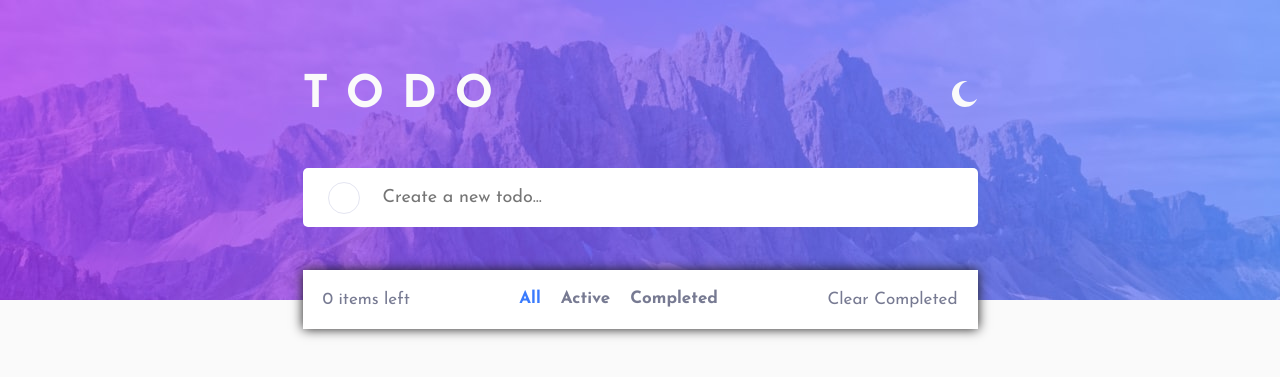
Repository: tomas938/todo-app
Page: /
These files come from the project's save history. The page is drawn as it stood at one moment and after the next save; the edit follows.
The browser window is 1280 px wide. The pictures show the whole page.
The project was rebuilt for these pictures with package versions that can differ from the ones it lists, and the page was loaded fresh each time.

Above is the page before, as saved 2021-08-20 08:36:29.

### src/main.js
import { createApp } from "vue";
import App from "./App.vue";
import router from "./router";

createApp(App)
	.use(router)
	.mount("#app");

### src/App.vue
<template>
	<router-view />
</template>

<style lang="scss">
@import "/src/scss/_variables";
:root {
	.dark {
		--bg-image: url(./assets/bg-desktop-dark.jpg);
		--items-bg-color: hsl(235, 24%, 19%);
		--body-bg: hsl(235, 21%, 11%);
		--todo-text: hsl(236, 33%, 92%);
		--todo-border: hsl(237, 14%, 26%);
	}
	.light {
		--bg-image: url(./assets/bg-desktop-light.jpg);
		--items-bg-color: hsl(0, 0%, 100%);
		--body-bg: hsl(0, 0%, 98%);
		--todo-text: hsl(233, 14%, 35%);
		--todo-border: hsl(236, 33%, 92%);
	}
}

* {
	margin: 0;
	padding: 0;
	box-sizing: border-box;
}
html {
	font-size: 62.5%;
}
body {
	font-size: 1.8rem;
	font-family: $font-primary;
	background-color: var(--body-bg);
}

li {
	list-style: none;
}
</style>

### src/router/index.js
import { createRouter, createWebHashHistory } from "vue-router";
import Home from "../views/Home.vue";

const routes = [
	{
		path: "/",
		name: "Home",
		component: Home,
	},
];

const router = createRouter({
	history: createWebHashHistory(),
	routes,
});

export default router;

### src/scss/_variables.scss
// LINK COLLORS-PRIMARY //

$primary: hsl(220, 98%, 61%);
$primary-bg: linear-gradient(rgb(87, 221, 255), hsl(280, 87%, 65%));

// LINK LIGHT THEME //

$light-gray: hsl(0, 0%, 98%);
$very-light-grayish-blue: hsl(236, 33%, 92%);
$light-grayish-blue: hsl(233, 11%, 84%);
$dark-grayish-blue: hsl(236, 9%, 61%);
$very-dark-grayish-blue: hsl(235, 19%, 35%);

// LINK DARK THEME //

$very-dark-blue: hsl(235, 21%, 11%);
$dark-desaturated-blue: hsl(235, 24%, 19%);
$light-grayish-blue--dark: hsl(234, 39%, 85%);
$light-grayish-blue--dark-hover: hsl(236, 33%, 92%);
$dark-grayish-blue--dark: hsl(234, 11%, 52%);
$very-dark-grayish-blue--dark: hsl(233, 14%, 35%);
$very-dark-grayish-blue--dark-2: hsl(237, 14%, 26%);

// LINK FONT //

@import url("https://fonts.googleapis.com/css2?family=Josefin+Sans:wght@400;700&display=swap");
$font-primary: "Josefin Sans", sans-serif;
$light: 400;
$bold: 700;

### src/views/Home.vue
<template>
	<Todos />
</template>

<script>
import Todos from "../components/Todos.vue";
export default {
	components: {
		Todos,
	},
};
</script>
<style lang="scss"></style>

### src/components/Todos.vue
<template>
	<Header @create-todo="newTodo($event)" />
	<main>
		<div class="wrapper">
			<transition-group name="list" class="todos" tag="ul" appear>
				<li
					v-for="(todo, index) in filteredTodos"
					:key="todo.name"
					class="todo-item"
				>
					<div
						class="todo "
						:class="{ complete: todo.completed }"
						@click="todo.completed = !todo.completed"
					></div>
					<span>{{ todo.name }}</span>
					<svg
						@click="removeTodo(index)"
						class="close"
						xmlns="http://www.w3.org/2000/svg"
						width="18"
						height="18"
					>
						<path
							fill="#494C6B"
							fill-rule="evenodd"
							d="M16.97 0l.708.707L9.546 8.84l8.132 8.132-.707.707-8.132-8.132-8.132 8.132L0 16.97l8.132-8.132L0 .707.707 0 8.84 8.132 16.971 0z"
						/>
					</svg>
				</li>
				<div class="filters">
					<div class="items-left">
						<span>{{ filteredTodos.length }} items left</span>
					</div>
					<div class="filter">
						<span :class="{ active: filter === 'all' }" @click="filter = 'all'"
							>All</span
						>
						<span
							:class="{ active: filter === 'active' }"
							@click="filter = 'active'"
							>Active</span
						>
						<span
							:class="{ active: filter === 'completed' }"
							@click="filter = 'completed'"
							>Completed</span
						>
					</div>
					<div class="clear">
						<span @click="clearTodos">Clear Completed</span>
					</div>
				</div>
			</transition-group>
		</div>
	</main>
</template>

<script>
import Header from "../components/Header";
export default {
	components: {
		Header,
	},
	data() {
		return {
			LOCAL_STORAGE_KEY: "todoApp",
			todos: JSON.parse(localStorage.getItem(this.LOCAL_STORAGE_KEY)) || [],
			filter: "all",
		};
	},
	mounted() {
		if (localStorage.getItem(this.LOCAL_STORAGE_KEY))
			this.todos = JSON.parse(localStorage.getItem(this.LOCAL_STORAGE_KEY));
	},
	watch: {
		todos: {
			deep: true,
			handler(newValue) {
				localStorage.setItem(this.LOCAL_STORAGE_KEY, JSON.stringify(newValue));
			},
		},
	},
	methods: {
		newTodo(newTodo) {
			if (newTodo !== "") {
				this.todos.unshift({ name: newTodo, completed: false });
			}
		},
		removeTodo(index) {
			this.todos.splice(index, 1);
		},
		clearTodos() {
			this.todos = this.todos.filter((todo) => !todo.completed);
		},
	},
	computed: {
		filteredTodos() {
			if (this.filter === "all") {
				return this.todos;
			} else if (this.filter === "active") {
				return this.todos.filter((todo) => !todo.completed);
			} else if (this.filter === "completed") {
				return this.todos.filter((todo) => todo.completed);
			}
			return this.todos;
		},
	},
};
</script>

<style lang="scss" scoped>
@import "/src/scss/_variables";

main {
	transform: translateY(-3rem);
	display: flex;
	flex-direction: column;
	max-width: 73.5rem;
	margin: 0 auto;
	padding: 0 3rem;
}
.wrapper {
	box-shadow: 0px 0px 11px 0px #1a1919;
}
.todos {
	position: relative;
	border-radius: 0.5rem;
	background-color: var(--items-bg-color);
}
.todo-item {
	position: relative;
	display: flex;
	justify-content: space-between;
	align-items: center;
	width: 100%;
	padding: 2rem;
	padding-left: 8rem;
	font-family: $font-primary;
	font-weight: $light;
	color: var(--todo-text);
	border-bottom: 1px solid var(--todo-border);
	.todo {
		cursor: pointer;
		content: "";
		position: absolute;
		display: flex;
		align-items: center;
		justify-content: center;
		top: 50%;
		transform: translateY(-50%);
		left: 2.5rem;
		width: 3rem;
		height: 3rem;
		border-radius: 50%;
		border: 1px solid var(--todo-border);
	}
	.complete {
		background-image: url("../assets/icon-check.svg"), $primary-bg;
		background-repeat: no-repeat;
		background-position: center;
	}
	.close {
		cursor: pointer;
		opacity: 0;
	}
	&:hover {
		.close {
			transition: opacity 0.5s ease-in-out;
			opacity: 1;
		}
	}
}
.filters {
	display: flex;
	justify-content: space-between;
	background-color: var(--items-bg-color);
	padding: 2rem;
	.filter {
		font-weight: $bold;
		display: flex;
		gap: 2rem;
		.active {
			color: $primary;
			transition: color 0.3s ease-in-out;
		}
	}
	.items-left {
		span {
			cursor: auto;
		}
	}
	span {
		color: $dark-grayish-blue--dark;
		cursor: pointer;
		font-size: 1.7rem;
	}
}
// TRANSITIONS //
.list-enter-active {
	transition: all 0.7s ease;
}
.list-enter-from {
	opacity: 0;
	transform: scale(0.6);
}
.list-enter-to {
	opacity: 1;
	transform: scale(1);
}
.list-leave-active {
	transition: all 0.7s ease;
	position: absolute;
}
.list-leave-from {
	opacity: 1;
	transform: scale(1);
}
.list-leave-to {
	opacity: 0;
	transform: scale(0.6);
}
.list-move {
	transition: all 0.8s ease;
}
</style>

### src/components/Header.vue
<template>
	<header>
		<nav class="nav container">
			<div class="nav__title">
				<h1>todo</h1>
			</div>
			<svg
				v-if="ligth"
				@click="changeTheme"
				class="nav__theme"
				xmlns="http://www.w3.org/2000/svg"
				width="26"
				height="26"
			>
				<path
					fill="#fafafa"
					fill-rule="evenodd"
					d="M13 0c.81 0 1.603.074 2.373.216C10.593 1.199 7 5.43 7 10.5 7 16.299 11.701 21 17.5 21c2.996 0 5.7-1.255 7.613-3.268C23.22 22.572 18.51 26 13 26 5.82 26 0 20.18 0 13S5.82 0 13 0z"
				/>
			</svg>
			<svg
				v-else
				@click="changeTheme"
				xmlns="http://www.w3.org/2000/svg"
				width="26"
				height="26"
			>
				<path
					fill="#fafafa"
					fill-rule="evenodd"
					d="M13 21a1 1 0 011 1v3a1 1 0 11-2 0v-3a1 1 0 011-1zm-5.657-2.343a1 1 0 010 1.414l-2.121 2.121a1 1 0 01-1.414-1.414l2.12-2.121a1 1 0 011.415 0zm12.728 0l2.121 2.121a1 1 0 01-1.414 1.414l-2.121-2.12a1 1 0 011.414-1.415zM13 8a5 5 0 110 10 5 5 0 010-10zm12 4a1 1 0 110 2h-3a1 1 0 110-2h3zM4 12a1 1 0 110 2H1a1 1 0 110-2h3zm18.192-8.192a1 1 0 010 1.414l-2.12 2.121a1 1 0 01-1.415-1.414l2.121-2.121a1 1 0 011.414 0zm-16.97 0l2.121 2.12A1 1 0 015.93 7.344L3.808 5.222a1 1 0 011.414-1.414zM13 0a1 1 0 011 1v3a1 1 0 11-2 0V1a1 1 0 011-1z"
				/>
			</svg>
		</nav>
		<div class="new-todo">
			<input
				autofocus
				type="text"
				placeholder="Create a new todo..."
				v-model="newTodo"
				@keypress.enter="$emit('create-todo', newTodo), clearInput()"
			/>
		</div>
	</header>
</template>

<script>
export default {
	data() {
		return {
			newTodo: "",
			ligth: true,
			body: document.body,
		};
	},
	methods: {
		changeTheme() {
			this.ligth = !this.ligth;
			if (!this.ligth) {
				this.body.classList.remove("light");
				this.body.classList.add("dark");
			} else {
				this.body.classList.remove("dark");
				this.body.classList.add("light");
			}
		},
		clearInput() {
			this.newTodo = "";
		},
	},
	mounted() {
		this.body.classList.add("light");
	},
};
</script>

<style lang="scss" scoped>
@import "/src/scss/_variables";

header {
	height: 30rem;
	display: flex;
	flex-direction: column;
	align-items: center;
	justify-content: center;
	gap: 5rem;
	padding: 3rem;
	background-image: var(--bg-image);
	background-repeat: no-repeat;
	background-size: cover;
}
.nav {
	max-width: 67.5rem;
	width: 100%;
	display: flex;
	justify-content: space-between;
	align-items: baseline;
	&__title h1 {
		font-size: 4.5rem;
		letter-spacing: 1.8rem;
		text-transform: uppercase;
	}

	svg {
		cursor: pointer;
	}
}
.new-todo {
	max-width: 67.5rem;
	width: 100%;
	position: relative;
	&::before {
		content: "";
		position: absolute;
		top: 50%;
		transform: translateY(-50%);
		left: 2.5rem;
		width: 3rem;
		height: 3rem;
		border-radius: 50%;
		border: 1px solid var(--todo-border);
	}
}
input {
	background-color: var(--items-bg-color);
	color: var(--todo-text);
	width: 100%;
	outline: none;
	border: none;
	padding: 2rem;
	padding-left: 8rem;
	border-radius: 0.5rem;
	font-size: 1.8rem;
	font-family: $font-primary;
	font-weight: $light;
}
h1 {
	color: $light-gray;
}
</style>

Loaded but not shown: public/index.html (common file)

After the next save:
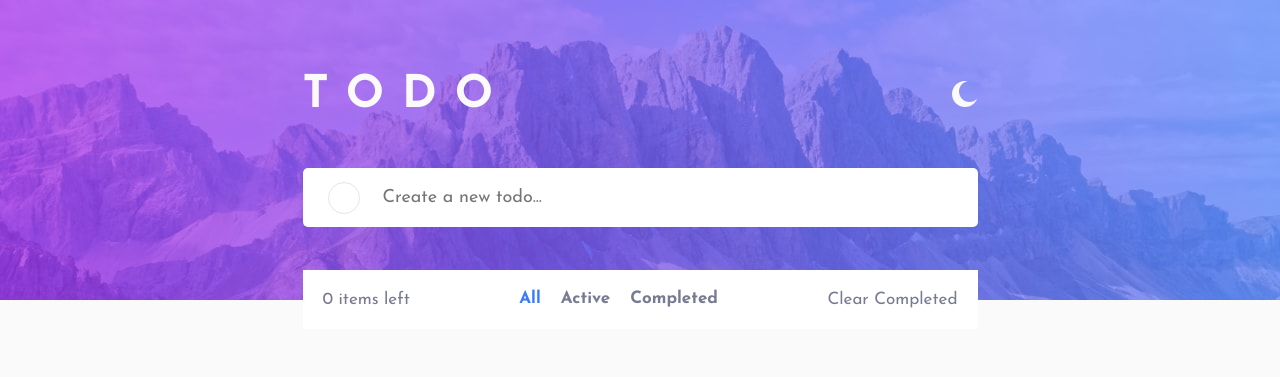
Saved 27 s later.
--- a/src/components/Todos.vue
+++ b/src/components/Todos.vue
@@ -121,7 +121,7 @@ main {
 	padding: 0 3rem;
 }
 .wrapper {
-	box-shadow: 0px 0px 11px 0px #1a1919;
+	// box-shadow: 0px 0px 11px 0px #1a1919;
 }
 .todos {
 	position: relative;

After the save that followed:
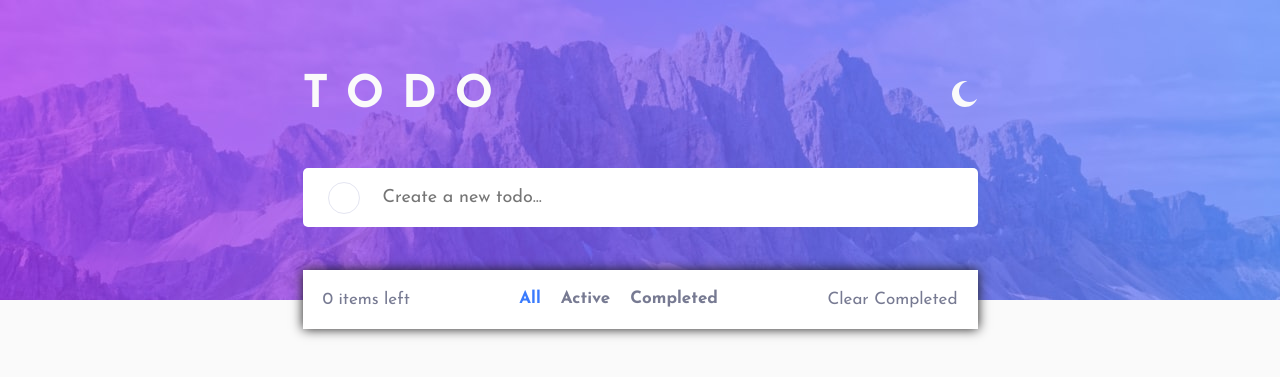
Saved 35 s later.
--- a/src/components/Todos.vue
+++ b/src/components/Todos.vue
@@ -172,6 +172,8 @@ main {
 	}
 }
 .filters {
+	box-shadow: 0px 0px 11px 0px #1a1919;
+
 	display: flex;
 	justify-content: space-between;
 	background-color: var(--items-bg-color);
